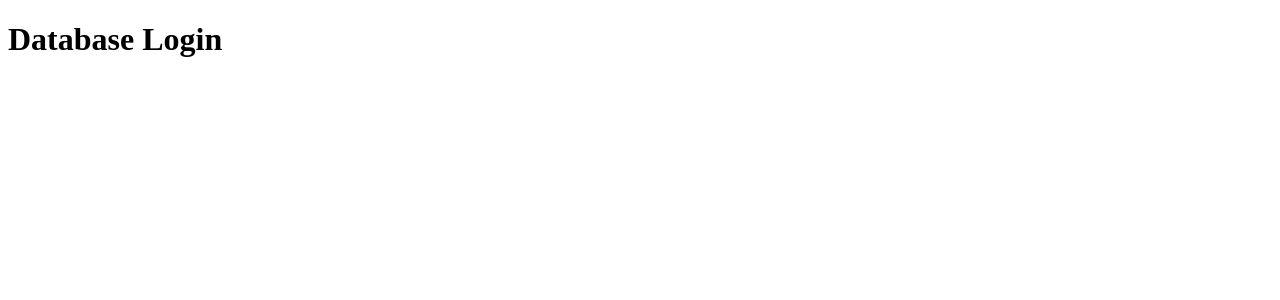
Repository: PeterNicole/JavaEE
Page: http://localhost/NDPTAssn1/Team
These files come from the project's save history. The page is drawn as it stood at one moment and after the next save; the edit follows.
The browser window is 1280 px wide. The pictures show the whole page.
The page is served by Tomcat 9.

Above is the page before, as saved 2016-06-11 00:20:52.

After the next save:
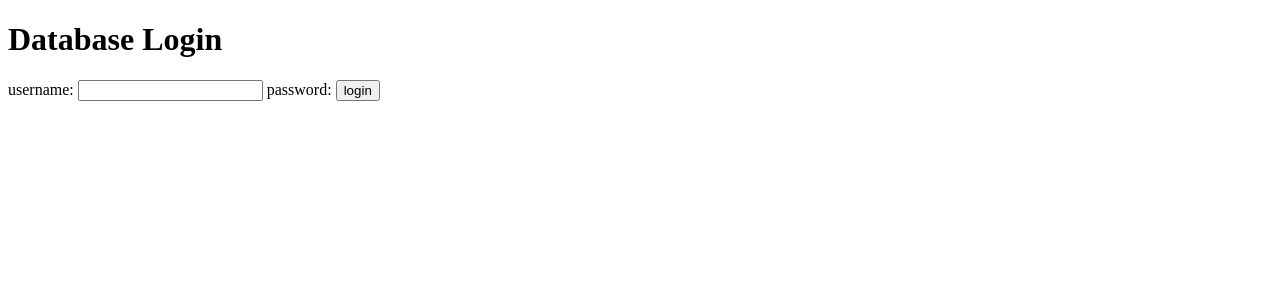
Saved 2 min 20 s later.
--- a/NDPTAssn1/WebContent/Login.jsp
+++ b/NDPTAssn1/WebContent/Login.jsp
@@ -10,7 +10,11 @@
 <body>
 	<h1>Database Login</h1>
 	<form name="loginForm" method="POST" action="/CustomServlet" >
+		<label>username: </label>
+		<input type="text" name="username" />
 
+		<label>password: </label>
+		<input type="submit" name="password" value="login"/>
 	</form>
 </body>
 </html>
